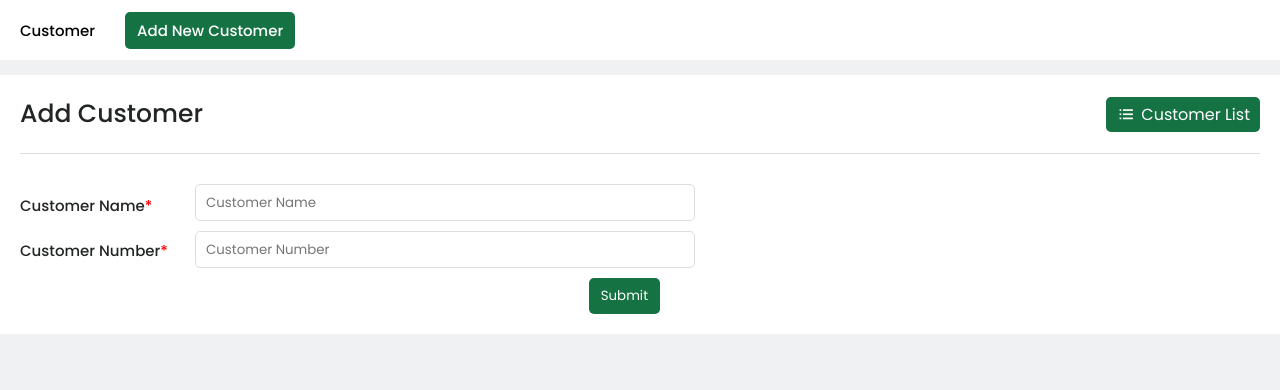
Repository: codebyaddro/customer-page
Page: pages/html/ancus.html
These files come from the project's save history. The page is drawn as it stood at one moment and after a run of saves; the edit follows.
The browser window is 1280 px wide. The pictures show the whole page.

Above is the page before, as saved 2025-02-20 15:24:22.

After the next 3 saves:
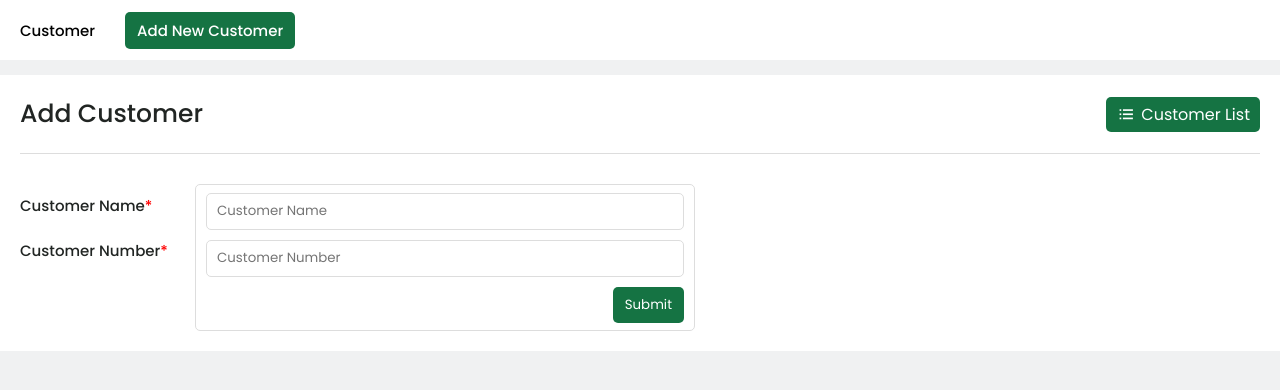
The 3 saves are shown as one change because they came seconds apart.
The last was saved 67 s later.
--- a/pages/css/ancus.css
+++ b/pages/css/ancus.css
@@ -168,7 +168,7 @@
     flex-direction: column;
 }
 
-.cba-ancus-input > input {
+.cba-ancus-input {
     width: 500px!important;
     padding: 7.5px 10px;
     border: 1px solid var(--gray-black);
